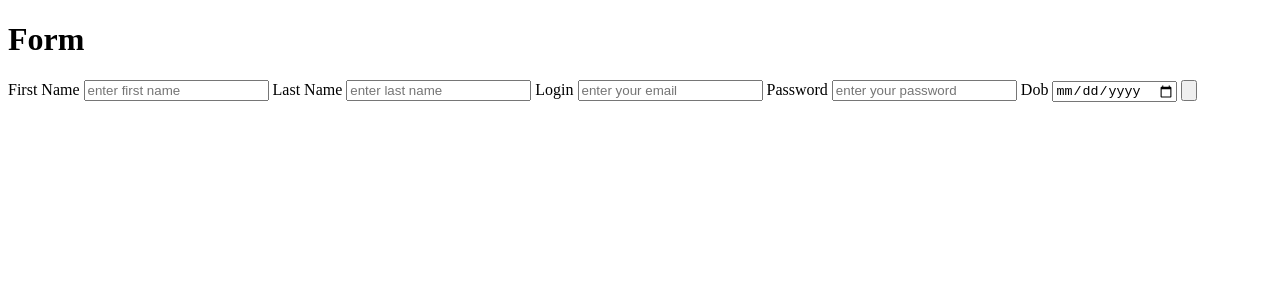
Repository: satyam1614/Advance-java
Page: http://localhost/jsp_servlet/userForm.jsp
These files come from the project's save history. The page is drawn as it stood at one moment and after the next save; the edit follows.
The browser window is 1280 px wide. The pictures show the whole page.
The page is served by Tomcat 9.

Above is the page before, as saved 2026-01-21 11:18:45.

After the next save:
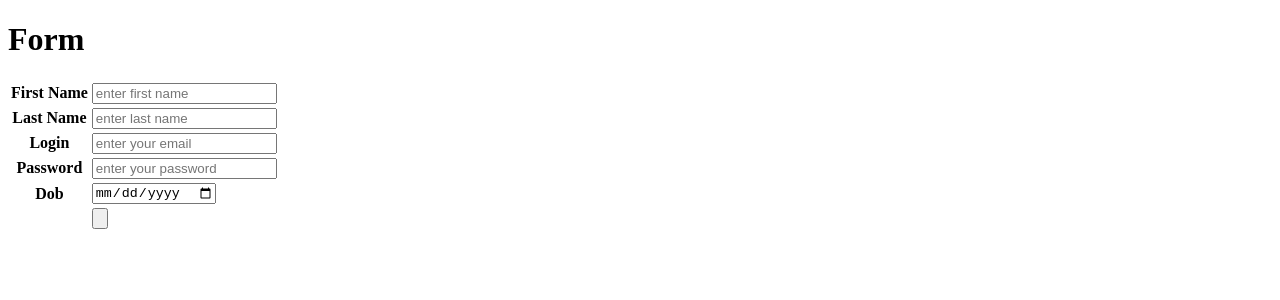
Saved 41 s later.
--- a/jsp-servlet/jsp_servlet/WebContent/userForm.jsp
+++ b/jsp-servlet/jsp_servlet/WebContent/userForm.jsp
@@ -12,6 +12,7 @@
     <form>
 
     <h1>Form</h1>
+    <table>
     <tr>
         <th>First Name</th>
         <td><input type="text"  name="firstName" VALUE=""
